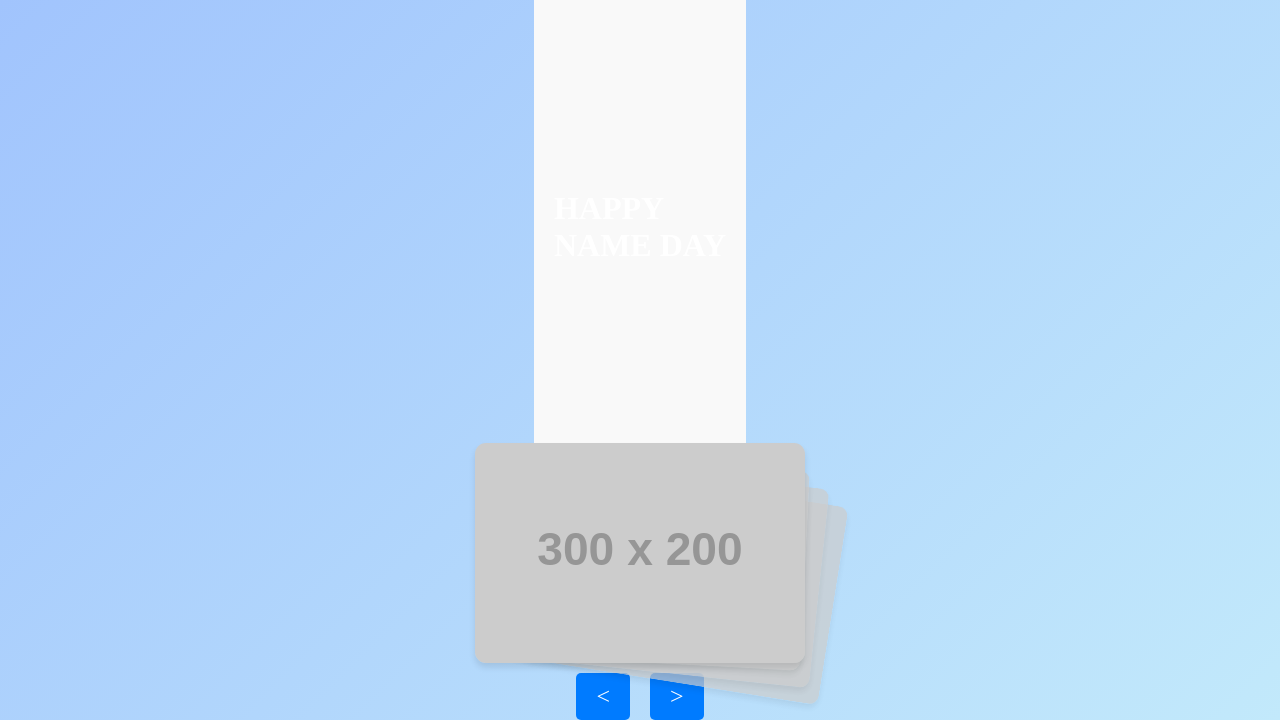
Repository: naps00/BIRTHDAY
Page: /details
These files come from the project's save history. The page is drawn as it stood at one moment and after the next save; the edit follows.
The browser window is 1280 px wide. The pictures show the whole page.
The project was rebuilt for these pictures with package versions that can differ from the ones it lists, and the page was loaded fresh each time.

Above is the page before, as saved 2024-12-12 17:00:41.

### src/App.js
import React, { useState } from 'react';
import { BrowserRouter as Router, Route, Routes, Link } from 'react-router-dom';
import './App.css';
import Details from './details.js'; // นำเข้า Details.js

function Home() {
  const [showModal, setShowModal] = useState(false);

  // เมื่อวีดีโอจบ ให้แสดง modal
  const handleVideoEnd = () => {
    setShowModal(true);
  };

  return (
    <div className="App">
      <div className="container">
        <div className="text-section" style={{ flex: 1, display: 'flex', flexDirection: 'column', justifyContent: 'center', alignItems: 'center', textAlign: 'center', height: '100vh', color: 'black', fontSize: 'calc(3vw + 0vh)', fontWeight: 'bold' }}>
          <h2>HAPPY BIRTHDAY !!</h2>
          <p>MY LOVE ♡ </p>
          <img src="https://img2.pic.in.th/pic/fc8c0bdfae313c2ffd700a21b05915d6-removebg-preview.png" alt="Happy Birthday Decoration" style={{width: '200px', height: '200PX' }} />
        </div>

        <div className="video-section">
          <video
            className="video-player"
            controls
            onEnded={handleVideoEnd}
          >
            <source src="https://v1.pinimg.com/videos/mc/720p/3d/2a/3c/3d2a3ca4078af4f14258938781ed5f8e.mp4" type="video/mp4" />
            Your browser does not support the video tag.
          </video>
        </div>
      </div>

      {/* Modal */}
      {showModal && (
        <div className="modal-backdrop">
          <div className="modal-content">
            <h2>Are you ready?</h2>
            {/* เปลี่ยนปุ่ม "ปิด" ให้เป็นลิงค์ไปยังหน้า /details */}
            <Link to="/details">
              <button className="pulse">GO !!</button>
            </Link>
          </div>
        </div>
      )}

      {/* เพิ่มอิโมจิที่วิ้งๆ */}
      <div className="emoji">🌟</div>
      <div className="emoji2">✨</div>
      <div className="emoji3">💕</div>

    </div>
  );
}

function App() {
  return (
    <Router>
      <Routes>
        <Route path="/" element={<Home />} />
        <Route path="/details" element={<Details />} /> {/* เพิ่มเส้นทางสำหรับหน้า /details */}
      </Routes>
    </Router>
  );
}

export default App;

### src/App.css
/* การจัด layout ของแอปพลิเคชัน */
.App {
  background-color: white;
  min-height: 100vh;
  display: flex;
  justify-content: center;
  align-items: center;
}

/* ส่วนที่ใช้จัด layout */
.container {
  display: flex;
  flex-direction: row; /* แบ่งพื้นที่ออกเป็น 2 ส่วน */
  width: 100%;
  height: 100vh;
}

/* ส่วนข้อความ */
.text-section {
  flex: 1;
  display: flex;
  flex-direction: column;
  justify-content: center;
  align-items: center;
  padding: 20px;
  background-color: #f9f9f9;
}

.text-section h1 {
  margin-bottom: 20px;
}

/* ส่วนวีดีโอ */
.video-section {
  flex: 1;
  display: flex;
  justify-content: center;
  align-items: center;
  background-color: #000;
}

.video-player {
  width: 100%; /* ให้วีดีโอเต็มความกว้าง */
  height: 100%; /* ให้วีดีโอเต็มความสูง */
  object-fit: cover; /* ปรับวีดีโอให้เต็มพื้นที่โดยไม่เสียสัดส่วน */

/* การแสดง modal */
}
.modal-backdrop {
  position: fixed;
  top: 0;
  left: 0;
  width: 100%;
  height: 100%;
  background: rgba(0, 0, 0, 0.7);
  display: flex;
  justify-content: center;
  align-items: center;
  z-index: 100; /* ทำให้ modal อยู่เหนือสิ่งอื่น */
  animation: fadeInPop 0.5s ease-out;
}

/* เพิ่ม z-index ให้ modal-content */
.modal-content {
  background: white;
  padding: 20px;
  border-radius: 10px;
  text-align: center;
  box-shadow: 0 2px 10px rgba(0, 0, 0, 0.3);
  animation: slideUp 0.3s ease-out;
  z-index: 101; /* ทำให้เนื้อหาของ modal อยู่เหนือ backdrop */
}

/* การแอนิเมชัน fade-in และ pop-up สำหรับ modal backdrop */
@keyframes fadeInPop {
  0% {
    opacity: 0;
    transform: scale(0.8);
  }
  100% {
    opacity: 1;
    transform: scale(1);
  }
}

body {
  font-family: 'Coiny', cursive;
  margin: 0;
  padding: 0;
  box-sizing: border-box;
  background-color: #fef9ef;
  color: #333;
}

h1, h2, p {
  font-family: 'Coiny', cursive; /* ฟอนต์ใหม่สำหรับข้อความ */
}

button {
  font-family: 'Coiny', cursive;
  font-size: 1.2rem;
  background-color: #ff6f61;
  color: #fff;
  padding: 10px 20px;
  border: none;
  border-radius: 8px;
  cursor: pointer;
  transition: background-color 0.3s ease, transform 0.3s ease;
}

button:hover {
  background-color: #ff3d3d;
  transform: scale(1.1);
}

/* การแอนิเมชัน slide-up สำหรับ modal content */
@keyframes slideUp {
  0% {
    transform: translateY(20px);
    opacity: 0;
  }
  100% {
    transform: translateY(0);
    opacity: 1;
  }
}

.modal-content h2 {
  margin-bottom: 20px;
}

.modal-content button {
  padding: 10px 20px;
  background-color: #007bff;
  color: white;
  border: none;
  border-radius: 5px;
  cursor: pointer;
  transition: transform 0.3s ease, background-color 0.3s ease;
}

/* เอฟเฟกต์เมื่อ hover ปุ่ม */
.modal-content button:hover {
  background-color: #0056b3;
  transform: scale(1.1); /* ขยายขนาดปุ่มเมื่อ hover */
}

/* เอฟเฟกต์การเต้นของปุ่ม */
@keyframes pulse {
  0% {
    transform: scale(1);
    opacity: 1;
  }
  50% {
    transform: scale(1.1);
    opacity: 0.8;
  }
  100% {
    transform: scale(1);
    opacity: 1;
  }
}

.pulse {
  animation: pulse 1.5s infinite;
}

/* อิโมจิวิ้งๆ */
.emoji {
  position: fixed;
  top: 30%;
  right: 50%;
  font-size: 30px;
  animation: smoothBounce 1.4s infinite;
  z-index: 50; /* ทำให้ไอคอนอิโมจิอยู่ใต้ modal */
}
.emoji2 {
  position: fixed;
  top: 18%;
  right: 97%;
  font-size: 30px;
  animation: smoothBounce 1.5s infinite;
  z-index: 50; /* ทำให้ไอคอนอิโมจิอยู่ใต้ modal */
}
.emoji3 {
  position: fixed;
  top: 63%;
  right: 65%;
  font-size: 50px;
  animation: smoothBounce 3s infinite;
  z-index: 50; /* ทำให้ไอคอนอิโมจิอยู่ใต้ modal */
}
/* การกระพิบ */
/* @keyframes fadeInOut {
  0%, 100% {
    opacity: 0;
  }
  50% {
    opacity: 1;
  }
}

.fade {
  animation: fadeInOut 1s infinite;
} */

/* การแอนิเมชันวิ้ง */
@keyframes smoothBounce {
  0%, 100% {
    transform: translateY(0);
    opacity: 1;
  }
  25% {
    transform: translateY(-1px);
    opacity: 1;
  }
  50% {
    transform: translateY(-1px);
    opacity: 1;
  }
  75% {
    transform: translateY(5px);
    opacity: 1;
  }
}


/* การแอนิเมชัน zoom-in */
@keyframes zoomIn {
  0% {
    transform: scale(0.8);
    opacity: 0;
  }
  100% {
    transform: scale(1);
    opacity: 1;
  }
}

.zoom-in {
  animation: zoomIn 0.4s ease-out;
}

/* เอฟเฟกต์ fade-in สำหรับเนื้อหาที่โหลด */
.fade-in {
  opacity: 0;
  animation: fadeIn 1s forwards;
}

@keyframes fadeIn {
  from {
    opacity: 0;
  }
  to {
    opacity: 1;
  }
}

### src/details.js
import React, { useState } from 'react';
import './details.css'; // สไตล์สำหรับหน้า Details

function Details() {
  const [currentIndex, setCurrentIndex] = useState(0);

  const images = [
    'https://via.placeholder.com/300x200?text=Image+1',
    'https://via.placeholder.com/300x200?text=Image+2',
    'https://via.placeholder.com/300x200?text=Image+3',
    'https://via.placeholder.com/300x200?text=Image+4'
  ];

  const handleNext = () => {
    setCurrentIndex((currentIndex + 1) % images.length);
  };

  const handlePrev = () => {
    setCurrentIndex((currentIndex - 1 + images.length) % images.length);
  };

  return (
    <div className="details-page">
      {/* ข้อความส่วนหัว */}
      <div className="text-section">
        <h1>
          HAPPY <br />
          NAME DAY
        </h1>
      </div>

      {/* การแสดงผลแบบ Card Stack */}
      <div className="card-stack">
        {images.map((src, index) => {
          const isActive = index === currentIndex;
          const zIndex = images.length - Math.abs(currentIndex - index); // จัดลำดับการซ้อน
          const offsetX = (index - currentIndex) * 15; // ความเหลื่อมในแกน X
          const offsetY = (index - currentIndex) * 10; // ความเหลื่อมในแกน Y
          const rotation = (index - currentIndex) * 3; // การหมุนแบบเล็กน้อย

          return (
            <img
              key={index}
              src={src}
              alt={`Slide ${index + 1}`}
              className={`card ${isActive ? 'active' : ''}`}
              style={{
                zIndex: zIndex,
                transform: `translate(${offsetX}px, ${offsetY}px) rotate(${rotation}deg) scale(${isActive ? 1.1 : 1})`,
                position: 'absolute',
                left: '50%',
                top: '50%',
                transformOrigin: 'center',
                marginLeft: '-150px', // ครึ่งหนึ่งของความกว้าง
                marginTop: '-100px', // ครึ่งหนึ่งของความสูง
              }}
            />
          );
        })}
      </div>

      {/* ปุ่มควบคุม */}
      <div className="controls">
        <button onClick={handlePrev}>&lt;</button>
        <button onClick={handleNext}>&gt;</button>
      </div>
    </div>
  );
}

export default Details;

### src/details.css
.details-page {
  display: flex;
  flex-direction: column;
  align-items: center;
  justify-content: center;
  height: 100vh;
  background: linear-gradient(135deg, #a1c4fd, #c2e9fb); /* ไล่ระดับจากฟ้าถึงชมพู */
  background-attachment: fixed; /* พื้นหลังคงที่เมื่อเลื่อน */
  overflow: hidden; /* จัดการส่วนที่เกิน */
}

.text-section h1 {
  font-size: 2rem;
  margin-bottom: 20px;
  color: #ffffff; /* เปลี่ยนข้อความให้สีขาวเพื่อความชัดเจน */
}

.card-stack {
  position: relative;
  width: 300px;
  height: 200px;
  perspective: 1000px; /* เพิ่มมิติสำหรับความลึก */
}

.card {
  width: 300px;
  height: 200px;
  border-radius: 10px;
  box-shadow: 0 4px 6px rgba(0, 0, 0, 0.1);
  transition: transform 0.4s ease, opacity 0.4s ease;
  opacity: 0.7; /* ความโปร่งใสของรูปที่ไม่ active */
}

.card.active {
  opacity: 1; /* ความชัดเจนของรูป active */
}

.controls {
  margin-top: 20px;
}

.controls button {
  font-size: 1.5rem;
  margin: 0 10px;
  padding: 10px 20px;
  border: none;
  background-color: #007bff;
  color: white;
  border-radius: 5px;
  cursor: pointer;
  transition: background-color 0.2s;
}

.controls button:hover {
  background-color: #0056b3;
}

Loaded but not shown: public/index.html (common file); src/index.js (common file); src/index.css (common file); src/reportWebVitals.js (common file)

After the next save:
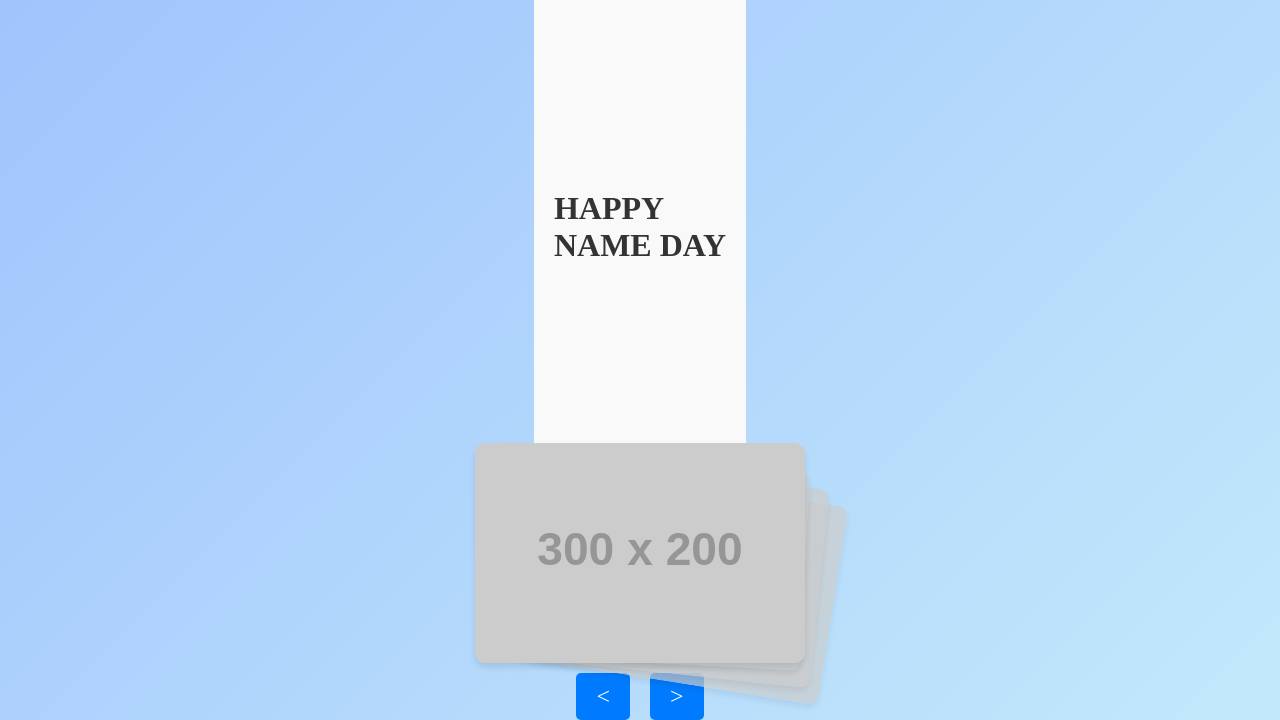
Saved 28 s later.
--- a/src/details.css
+++ b/src/details.css
@@ -9,7 +9,7 @@
   overflow: hidden; /* จัดการส่วนที่เกิน */
 }
 
-.text-section h1 {
+.text-section h2 {
   font-size: 2rem;
   margin-bottom: 20px;
   color: #ffffff; /* เปลี่ยนข้อความให้สีขาวเพื่อความชัดเจน */
